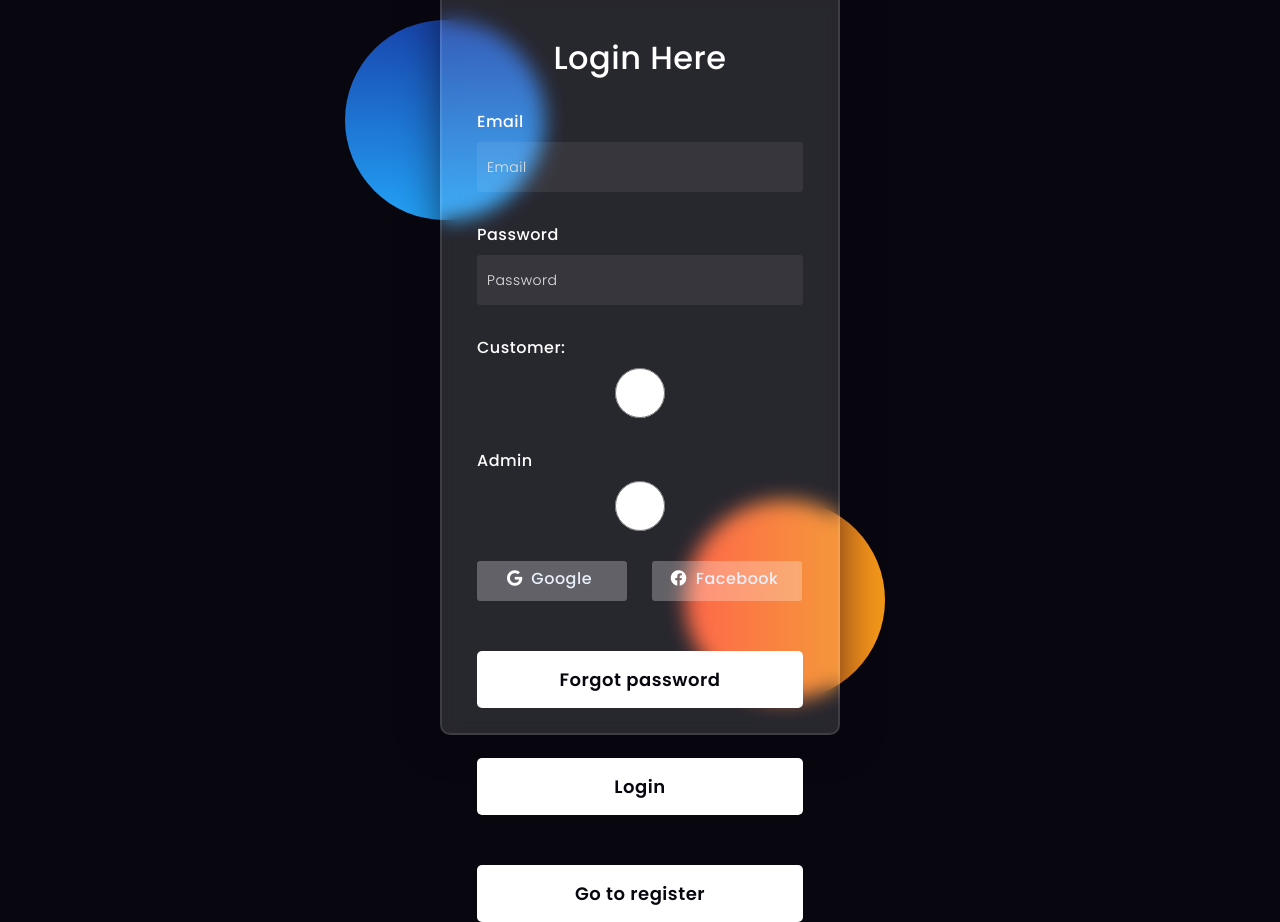
Repository: NguyenHuy-lang/FE-project
Page: sign-in-up/login.html
The author's editor kept a copy of each file at every save. The page is drawn from the files as they stood at one save, then again after the next save.
The browser window is 1280 px wide. The pictures show the whole page.

Above is the page before, as saved 2023-05-11 15:54:26.

### sign-in-up/login.html
<!DOCTYPE html>
<html lang="en">

<head>
    <!-- Design by foolishdeveloper.com -->
    <title>Wellcome to my e-shop</title>

    <link rel="preconnect" href="https://fonts.gstatic.com">
    <link rel="stylesheet" href="https://cdnjs.cloudflare.com/ajax/libs/font-awesome/5.15.4/css/all.min.css">
    <link href="https://fonts.googleapis.com/css2?family=Poppins:wght@300;500;600&display=swap" rel="stylesheet">
    <!--Stylesheet-->
    <style media="screen">
        *,
        *:before,
        *:after {
            padding: 0;
            margin: 0;
            box-sizing: border-box;
        }

        body {
            background-color: #080710;
        }

        .background {
            width: 430px;
            height: 520px;
            position: absolute;
            transform: translate(-50%, -50%);
            left: 50%;
            top: 50%;
        }

        .background .shape {
            height: 200px;
            width: 200px;
            position: absolute;
            border-radius: 50%;
        }

        .shape:first-child {
            background: linear-gradient(#1845ad,
                    #23a2f6);
            left: -80px;
            top: -80px;
        }

        .shape:last-child {
            background: linear-gradient(to right,
                    #ff512f,
                    #f09819);
            right: -30px;
            bottom: -80px;
        }

        form {
            height: 750px;
            width: 400px;
            background-color: rgba(255, 255, 255, 0.13);
            position: absolute;
            transform: translate(-50%, -50%);
            top: 50%;
            left: 50%;
            border-radius: 10px;
            backdrop-filter: blur(10px);
            border: 2px solid rgba(255, 255, 255, 0.1);
            box-shadow: 0 0 40px rgba(8, 7, 16, 0.6);
            padding: 50px 35px;
        }

        form * {
            font-family: 'Poppins', sans-serif;
            color: #ffffff;
            letter-spacing: 0.5px;
            outline: none;
            border: none;
        }

        form h3 {
            font-size: 32px;
            font-weight: 500;
            line-height: 42px;
            text-align: center;
        }

        label {
            display: block;
            margin-top: 30px;
            font-size: 16px;
            font-weight: 500;
        }

        input {
            display: block;
            height: 50px;
            width: 100%;
            background-color: rgba(255, 255, 255, 0.07);
            border-radius: 3px;
            padding: 0 10px;
            margin-top: 8px;
            font-size: 14px;
            font-weight: 300;
        }

        ::placeholder {
            color: #e5e5e5;
        }

        button {
            margin-top: 50px;
            width: 100%;
            background-color: #ffffff;
            color: #080710;
            padding: 15px 0;
            font-size: 18px;
            font-weight: 600;
            border-radius: 5px;
            cursor: pointer;
        }

        .social {
            margin-top: 30px;
            display: flex;
        }

        .social div {
            background: red;
            width: 150px;
            border-radius: 3px;
            padding: 5px 10px 10px 5px;
            background-color: rgba(255, 255, 255, 0.27);
            color: #eaf0fb;
            text-align: center;
        }

        .social div:hover {
            background-color: rgba(255, 255, 255, 0.47);
        }

        .social .fb {
            margin-left: 25px;
        }

        .social i {
            margin-right: 4px;
        }
    </style>
</head>

<body>
    <div class="background">
      <div class="shape"></div>
      <div class="shape"></div>
    </div>
    <form id="my-form">
      <h3>Login Here</h3>

      <label for="email">Email</label>
      <input type="text" placeholder="Email" id="email" />

        <label for="password">Password</label>
        <input type="password" placeholder="Password" id="password">

        <label for="gender">Customer:</label>
        <input type="radio" id="customer" name="role" value="CUSTOMER">
        <label for="male">Admin</label>
        <input type="radio" id="admin" name="role" value="ADMIN">


        <div class="social">
            <div class="go" onclick="googleSignIn()"><i class="fab fa-google"></i> Google</div>
            <div class="fb" onClick="facebookSignIn()"><i class="fab fa-facebook"></i> Facebook</div>
        </div>
        <button onclick="forgotPassword()">Forgot password</button>
        <button onclick="login()">Login</button>
        <button onclick="goRegister()">Go to register</button>

    </form>
  </body>
  <script>
    const form = document.getElementById("my-form");
    form.addEventListener("submit", function (event) {
        event.preventDefault();
        // Your form submission code here
    });
</script>
<script src="login.js"></script>

</html>

### sign-in-up/login.js
function googleSignIn() {
    let oauth2EndPoint = "https://accounts.google.com/o/oauth2/v2/auth"

    let form = document.createElement('form')
    form.setAttribute('method', 'GET')
    form.setAttribute('action', oauth2EndPoint)

    let params = {
        "client_id": "94808415300-4453e41v16brkcd4l4gj3nbs3spq7ode.apps.googleusercontent.com",
        "redirect_uri": "http://127.0.0.1:5500/html/main/shop.html",
        "response_type": "token",
        "scope": "https://www.googleapis.com/auth/userinfo.profile https://www.googleapis.com/auth/userinfo.email",
        "include_granted_scopes": "true",
        "state": "pass-through-value"

    }

    for (var p in params) {
        let input = document.createElement('input')
        input.setAttribute('type', 'hiden')
        input.setAttribute('name', p)
        input.setAttribute('value', params[p])
        form.appendChild(input)
    }
    document.body.appendChild(form)
    form.submit()
}


function forgotPassword() {

}

function login() {
    console.log("onclick")
    var memail = document.querySelector("#email").value;

    if (memail == null) {
        memail = document.querySelector("#email").textContent;
    }
    var mpassword = document.querySelector("#password").value;

    var murl = "http://localhost:8080/api/v1/auth/authenticate";
    const loginData = {
        email: memail,
        password: mpassword
    }

    var mrole;
    console.log(loginData)
    var load = document.querySelector("#email");
    load.textContent = "loading login";

    if(document.querySelector("#customer").checked) {
        mrole = 'customer';
    } else {
        mrole = 'admin';
    }

    console.log("role is ", mrole);

    fetch(murl, {
        method: 'POST',
        headers: {
            'Content-Type': "application/json",
        },
        body: JSON.stringify(loginData)
    })
        .then(response => {
            if (!response.ok) {
                throw new Error('Failed to log in');
            }
            return response.json();

        })
        .then(data => {
            console.log(data)
            console.log(data.token)
            console.log("log in ok")
            localStorage.setItem("accessToken", data.token)
            load.textContent = "Congratulations login success";
            console.log(mrole)
            if (mrole == 'customer'){
                window.location.href = "http://127.0.0.1:5500/html/main/shop.html"; // replace with your main page URL
            } else {
                window.location.href = "http://127.0.0.1:5500/html/admin/index.html"; // replace with your main page URL
            }

        })
        .catch(error => {
            console.log('Error:', error);
        });
}

function goRegister() {
    window.location.href = 'http://127.0.0.1:5500/sign-in-up/register.html';
}

After the next save:
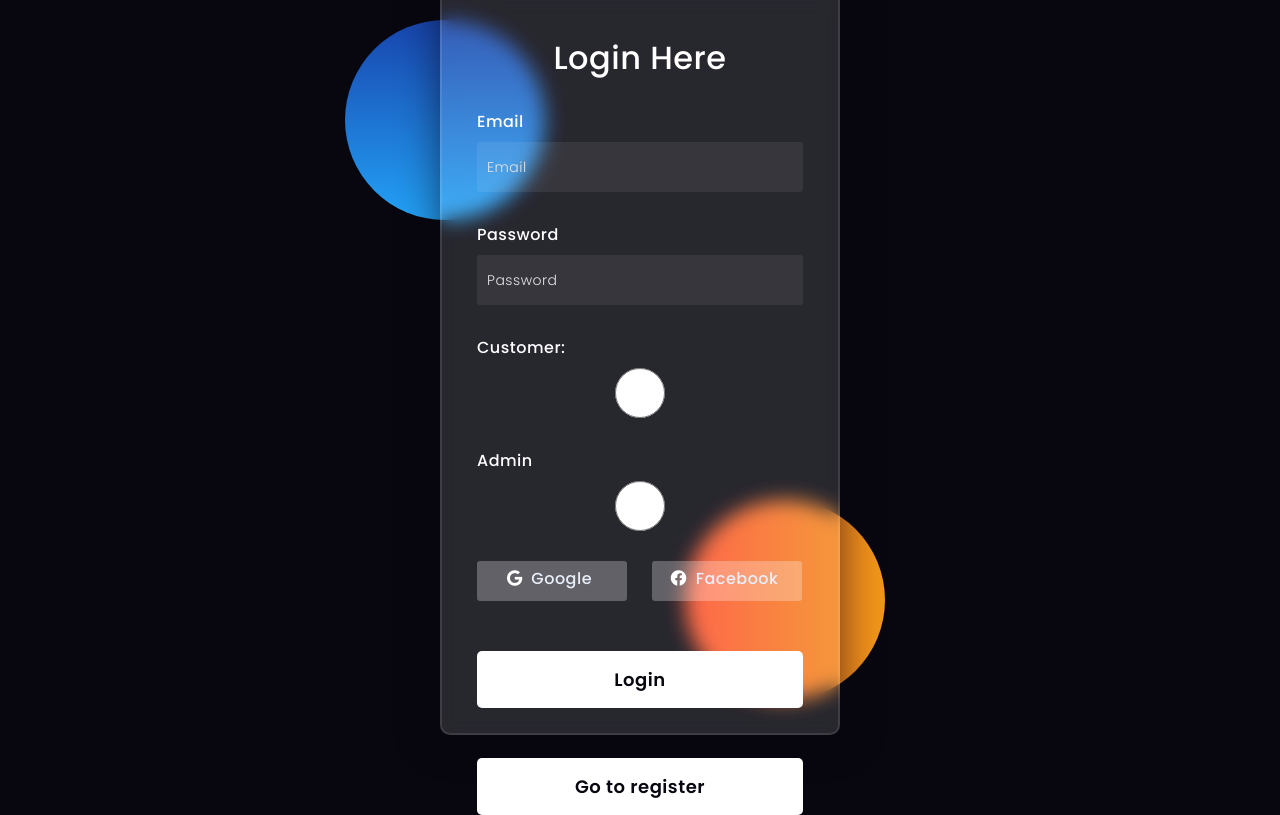
Saved 3 min 7 s later.
--- a/sign-in-up/login.html
+++ b/sign-in-up/login.html
@@ -171,7 +171,6 @@
             <div class="go" onclick="googleSignIn()"><i class="fab fa-google"></i> Google</div>
             <div class="fb" onClick="facebookSignIn()"><i class="fab fa-facebook"></i> Facebook</div>
         </div>
-        <button onclick="forgotPassword()">Forgot password</button>
         <button onclick="login()">Login</button>
         <button onclick="goRegister()">Go to register</button>
 
